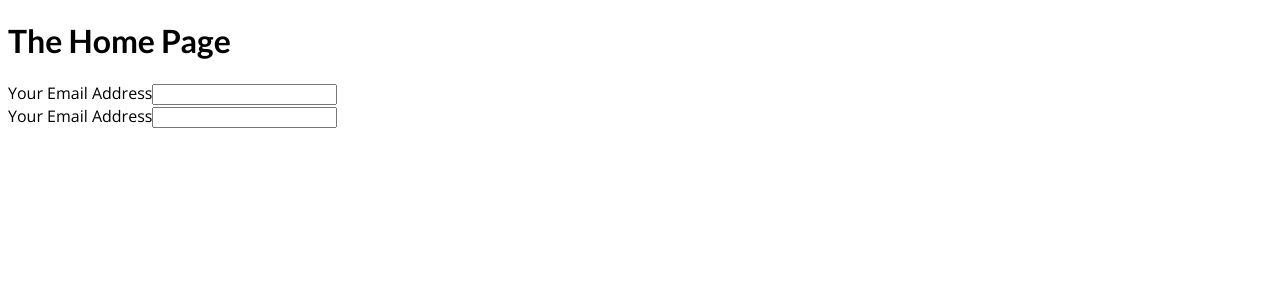
Repository: dydals3440/NextJS-Study
Page: / (app in 05-FullStack-Next.js/)
The author's editor kept a copy of each file at every save. The page is drawn from the files as they stood at one save, then again after the next save.
The browser window is 1280 px wide. The pictures show the whole page.
The project was rebuilt for these pictures with package versions that can differ from the ones it lists, and the page was loaded fresh each time. The framework's server and built-in components were replaced by stand-ins that run in the browser.

Above is the page before, as saved 2023-09-03 21:16:19.

After the next save:
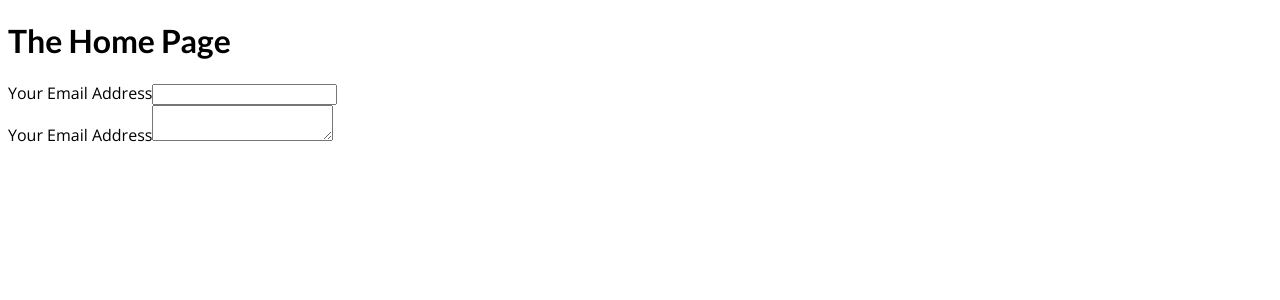
Saved 14 s later.
--- a/05-FullStack-Next.js/pages/index.js
+++ b/05-FullStack-Next.js/pages/index.js
@@ -9,7 +9,7 @@ function HomePage() {
         </div>
         <div>
           <label htmlFor='feedback'>Your Email Address</label>
-          <input type='text' id='feedback' />
+          <textarea type='text' id='feedback' />
         </div>
       </form>
     </div>
